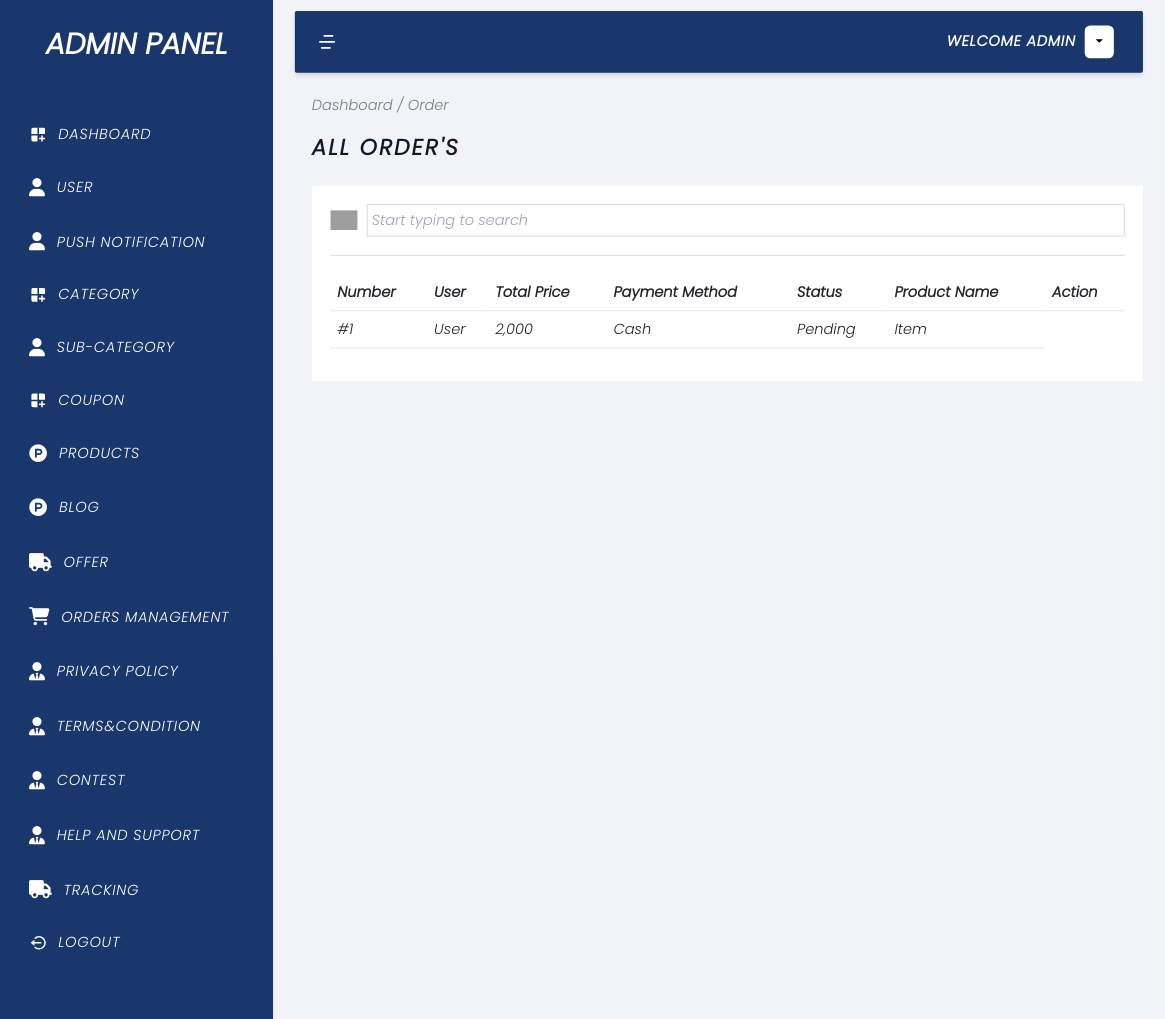
Repository: arpanmalik/project-khanna
Page: /Orders
The author's editor kept a copy of each file at every save. The page is drawn from the files as they stood at one save, then again after the next save.
The browser window is 1280 px wide. The pictures show the whole page, at 91% of full size.
Pictures or frames that could not be fetched are drawn as grey boxes. The page's requests for data from a server got no answer. Some web libraries are served in a nearby version. The project was rebuilt for these pictures with package versions that can differ from the ones it lists, and the page was loaded fresh each time. No one was signed in, and anything a server would have sent is missing. Also part of the build but not shown: src/E-CommerceAdmin/forms/Login.jsx, src/E-CommerceAdmin/pages/Dashboard.jsx, src/E-CommerceAdmin/pages/ECategory.js, src/E-CommerceAdmin/pages/EProduct.js, src/E-CommerceAdmin/pages/EVendorList.js, src/E-CommerceAdmin/pages/EAdminProduct.js, src/E-CommerceAdmin/pages/EAdminDelivery.js, src/E-CommerceAdmin/pages/EAdminCustomer.js and 11 more. Imported but missing from the stored project, and not drawn on this page: src/E-CommerceVendor/forms/EVendorLogin, src/E-CommerceVendor/pages/EVCategory, src/E-CommerceVendor/pages/EVCoupon, src/E-CommerceVendor/pages/EVDashboard, src/E-CommerceVendor/pages/EVOrders, src/E-CommerceVendor/pages/EVProduct, src/E-CommerceVendor/pages/EVSubCategory.

Above is the page before, as saved 2023-05-16 17:25:28.

### public/index.html
<!-- @format -->

<!DOCTYPE html>
<html lang="en">
  <head>
    <meta charset="utf-8" />
    <meta name="viewport" content="width=device-width, initial-scale=1" />
    <meta name="theme-color" content="#000000" />
    <meta
      name="description"
      content="Web site created using create-react-app"
    />
    <link rel="manifest" href="%PUBLIC_URL%/manifest.json" />
    <link rel="preconnect" href="https://fonts.googleapis.com">
<link rel="preconnect" href="https://fonts.gstatic.com" crossorigin>
<link href="https://fonts.googleapis.com/css2?family=Roboto+Mono:ital,wght@1,300&display=swap" rel="stylesheet">
    <title>Admin Panel</title>
  </head>
  <body>
    <noscript>You need to enable JavaScript to run this app.</noscript>
    <div id="root"></div>
    <script src="https://code.jquery.com/jquery-3.6.0.min.js"></script>
    <script src="https://kit.fontawesome.com/b533b351e4.js" crossorigin="anonymous"></script>
  </body>
</html>

### src/index.css
/** @format */

@tailwind base;
@tailwind components;
@tailwind utilities;

@import url("https://fonts.googleapis.com/css2?family=Roboto+Mono:ital,wght@1,300&display=swap");
@font-face {
  font-family: Roboto;
  src: url("./Fonts/Poppins-LightItalic.ttf");
}

body {
  margin: 0;
  font-family: Roboto !important;
  -webkit-font-smoothing: antialiased;
  -moz-osx-font-smoothing: grayscale;
}

code {
  font-family: Roboto !important;
}

html {
  font-family: Roboto !important;
}

::-webkit-scrollbar {
  width: 10px;
}
.fa-trash {
  color: red;
  cursor: pointer;
}

.iCOn {
  transition: 0.5s;
  box-shadow: none;
  transform: scale(1);
}
.cardDiv {
  cursor: pointer;
}

.cardDiv:hover .iCOn {
  box-shadow: rgba(0, 0, 0, 0.35) 0px 5px 15px;
  transform: scale(1.3);
}

/* Track */
::-webkit-scrollbar-track {
  background: #f1f1f1;
}

/* Handle */
::-webkit-scrollbar-thumb {
  background: #888;
}

/* Handle on hover */
::-webkit-scrollbar-thumb:hover {
  background: #555;
}
.profileImage {
  width: 100px;
}
.fa-eye {
  color: #029aff;
  cursor: pointer;
}
.fa-edit {
  cursor: pointer;
  color: blue;
}

.View {
  border: 1px solid black;
  width: 100%;
  padding: 10px;
}

.main-card--container {
  display: grid;
  grid-template-columns: repeat(3, minmax(300px, 500px));
  grid-gap: 50px;
  justify-content: space-around;
}
.card-container {
  margin: 25px 0 auto;
  box-shadow: rgba(0, 0, 0, 0.35) 0px 5px 15px;
  position: relative;
  display: grid;
  grid-template-columns: 1fr;
  justify-content: space-around;
  align-items: flex-start;
}

.myEdit:focus {
  box-shadow: rgba(0, 0, 0, 0.35) 0px 5px 15px;
}

.AstroLogin {
  color: #fff;
  background-color: #2b7a8e;
  padding: 10px;
  width: 380px;
  text-align: center;
  font-size: 20px;
  background: linear-gradient(to left, #2b7a8e 50%, #fff 50%) right;
  background-size: 200%;
  transition: 0.5s ease-out;
  border: 1px solid #2b7a8e;
  margin-top: 10px;
  text-transform: uppercase;
}
.AstroLogin:hover {
  background-position: left;
  color: #2b7a8e;
}

.EcommerceAdminLogin {
  color: #fff;
  background-color: #19376d;
  padding: 10px;
  width: 380px;
  text-align: center;
  font-size: 20px;
  background: linear-gradient(to left, #19376d 50%, #fff 50%) right;
  background-size: 200%;
  transition: 0.5s ease-out;
  border: 1px solid #19376d;
  margin-top: 10px;
  text-transform: uppercase;
}

.EcommerceAdminLogin:hover {
  background-position: left;
  color: #19376d;
}
.EcommerceVendorLogin {
  color: #fff;
  background-color: #576cbc;
  padding: 10px;
  width: 380px;
  text-align: center;
  font-size: 20px;
  background: linear-gradient(to left, #576cbc 50%, #fff 50%) right;
  background-size: 200%;
  transition: 0.5s ease-out;
  border: 1px solid #576cbc;
  margin-top: 10px;
  text-transform: uppercase;
}

.EcommerceVendorLogin:hover {
  background-position: left;
  color: #576cbc;
}

.view {
  background-color: #2196f3;
  color: #fff;
  width: 50%;
  padding: 5px;
}

.two-sec {
  display: flex;
  justify-content: space-evenly;
  justify-content: space-evenly;
}
.two-sec .left {
  width: 60%;
  background-color: #f6f1ef;
  padding: 20px;
}
.two-sec .left .head {
  font-size: 25px;
  font-weight: bold;
}

.two-sec .right {
  width: 30%;
  background-color: #f6f1ef;
}

.searchDiv {
  width: 100%;
  display: flex;
  gap: 10px;
  border: 1px solid rgb(179, 179, 179);
  padding: 10px;
  margin-bottom: 20px;
  align-items: center;
}
.searchDiv input {
  width: 94%;
  outline: none;
  border: none;
}

.flexCont {
  display: flex;
  align-items: center;
  gap: 10px;
}
.flexCont img {
  width: 60px;
  background-color: #e9ecef;
}

.blockContent {
  display: block;
}
.blockContent p {
  margin: 0;
}

.checkBox {
  width: 50px;
  height: 25px;
  background-color: #e9ecef;
  border-radius: 50px;
  position: relative;
  cursor: pointer;
}
.checkBox span {
  width: 20px;
  height: 20px;
  border-radius: 100%;
  background-color: #fff;
  position: absolute;
  left: 5px;
  top: 2px;
}
.ActivecheckBox {
  width: 50px;
  height: 25px;
  background-color: #0d6efd;
  border-radius: 50px;
  position: relative;
  cursor: pointer;
}
.ActivecheckBox span {
  width: 20px;
  height: 20px;
  border-radius: 100%;
  background-color: #fff;
  position: absolute;
  right: 5px;
  top: 2px;
}

.fa-eye {
  color: #0cba73;
  background-color: #d6f8e8;
  width: 40px;
  text-align: center;
  height: 40px;
  display: flex;
  border-radius: 100%;
  justify-content: center;
  padding-top: 10px;
  transition: 0.5s;
}

.fa-pen-to-square {
  color: #f4c39c;
  background-color: #ffebdb;
  width: 40px;
  text-align: center;
  height: 40px;
  display: flex;
  border-radius: 100%;
  justify-content: center;
  padding-top: 10px;
  cursor: pointer;
  transition: 0.5s;
}
.fa-trash {
  color: #df939f;
  background-color: #ffe1e8;
  width: 40px;
  text-align: center;
  height: 40px;
  display: flex;
  border-radius: 100%;
  justify-content: center;
  padding-top: 10px;
  cursor: pointer;
  transition: 0.5s;
}
.fa-trash:hover {
  transform: scale(1.2);
}
.fa-eye:hover {
  transform: scale(1.2);
}
.fa-pen-to-square:hover {
  transform: scale(1.2);
}
.required {
  color: #e74260;
}

.headP {
  margin-left: 2%;
  color: #7b7c7d;
}
.filterBox {
  display: flex;
  align-items: center;
  gap: 10px;
  border-bottom: 1px solid #d4d7dc;
  padding-bottom: 20px;
  margin-bottom: 20px;
}
.filterBox img {
  width: 30px;
}
.filterBox input {
  width: 100%;
  border: 1px solid #d4d7dc;
  outline: none;
  padding: 5px;
  color: black;
}
.sectionCont {
  width: 98%;
  background-color: #fff;
  margin-left: 2%;
  padding: 20px;
}

.overFlowCont {
  width: 100%;
  overflow-x: auto;
}

.logo {
  width: 300px;
  margin-bottom: 20px;
}

.updateProfile {
  margin-left: 20px;
  border: 1px solid #fff;
  border-radius: 100%;
  font-size: 1.2rem;
  padding: 10px;
  transition: 0.5s;
  cursor: pointer;
}
.updateProfile:hover {
  border: 1px solid #19376d;
  color: #19376d;
  background-color: #fff;
}

.Normalbtn {
  background-color: #19376d !important;
  border: 1px solid #19376d !important;
  border-radius: 0px !important;
}

.ImageCarousel {
  width: 150px !important;
  margin: 0px !important;
  height: 150px !important;
}
.CarouselImages {
  width: 150px !important;
  height: 150px !important;
}
.CarouselImages img {
  width: 100% !important;
  height: 100% !important;
}

.ModalCarousel {
  width: 100% !important;
  height: 500px !important;
}
.ModalCarousel {
  width: 100% !important;
  height: 500px !important;
}
.ModalCarousel img {
  width: 100% !important;
  height: 500px !important;
}

.gridCont {
  display: grid;
  grid-template-columns: auto auto auto;
  justify-content: space-evenly;
}
.gridCont div {
  width: 400px;
  /* height: 300px; */
  box-shadow: rgba(0, 0, 0, 0.35) 0px 5px 15px;
  padding: 10px;
  position: relative;
  margin-top: 20px;
}
.gridCont div img {
  width: 100%;
}
.delete-Btn {
  width: 100%;
  color: #c44b3f;
  border: 1px solid #c44b3f;
  transition: 0.5s;
  padding: 10px;
}

.delete-Btn:hover {
  background-color: #c44b3f;
  color: #fff;
}

.BannerCarousel {
  width: 300px;
  margin: 0px !important;
}
.BannerCarouselImage {
  width: 300px;
}
.BannerCarouselImage img {
  width: 100%;
}

.pagination {
  display: flex;
  justify-content: center;
  align-items: center;
  gap: 10px;
  margin-bottom: 20px;
}
.pagination button {
  border: 1px solid black;
  padding: 10px;
}

.activePage {
  background-color: #19376d;
  color: #fff;
  border: 1px solid #19376d !important;
}

.active {
  background-color: #fff;
  color: #19376d !important;
}
.prevBtn {
  background-color: #fff;
  color: #19376d;
  border: 1px solid #19376d !important;
  transition: 0.5s;
}

.prevBtn:hover,
.prevBtn:focus,
.prevBtn:active {
  background-color: #19376d;
  color: #fff;
  border: 1px solid #19376d !important;
}
.nextBtn {
  background-color: #fff;
  color: #19376d;
  border: 1px solid #19376d !important;
  transition: 0.5s;
}

.nextBtn:hover,
.nextBtn:focus,
.nextBtn:active {
  background-color: #19376d;
  color: #fff;
  border: 1px solid #19376d !important;
}

.dangerBox {
  position: relative;
}
.dangerBox i {
  position: absolute;
  top: 50%;
  left: 90%;
  transform: translate(-50%, -50%);
  cursor: pointer;
}



#dropdown-basic{
  background-color: white;
  color: #000;
  border: none;
}

### src/E-CommerceAdmin/pages/EAdminOrders.js
/** @format */

import axios from "axios";
import React, { useEffect, useState } from "react";
import { Alert, Badge, Button, Form, Modal, Table } from "react-bootstrap";
import HOC from "../layout/HOC";

const EAdminOrders = () => {
  const [modalShow, setModalShow] = useState(false);
  const [data, setData] = useState([]);

    // Pagination and Filter
    const [query, setQuery] = useState("");
    const [currentPage2, setCurrentPage2] = useState(1);
    const [postPerPage2] = useState(10);
    const lastPostIndex2 = currentPage2 * postPerPage2;
    const firstPostIndex2 = lastPostIndex2 - postPerPage2;

    let pages2 = [];

    const TotolData = query
      ? data?.filter(
          (i) =>
            i?.user?.toLowerCase().includes(query?.toLowerCase())
        )
      : data;

    useEffect(() => {
      if (query) {
        setCurrentPage2(1);
      }
    }, [query]);

    const slicedData = TotolData?.slice(firstPostIndex2, lastPostIndex2);

    for (let i = 1; i <= Math.ceil(TotolData?.length / postPerPage2); i++) {
      pages2.push(i);
    }

    function Next() {
      setCurrentPage2(currentPage2 + 1);
    }

    function Prev() {
      if (currentPage2 !== 1) {
        setCurrentPage2(currentPage2 - 1);
      }
    }

  const fetchData = async () => {
    try {
      const { data } = await axios.get(
        "http://ec2-65-1-248-95.ap-south-1.compute.amazonaws.com:8886/api/order"
      );
      setData(data.orders);
    } catch (e) {
      console.log("Order Err=>", e);
    }
  };

  useEffect(() => {
    fetchData();
  }, []);

  function EditStatus(props) {
    return (
      <Modal
        {...props}
        size="lg"
        aria-labelledby="contained-modal-title-vcenter"
        centered
      >
        <Modal.Header closeButton>
          <Modal.Title id="contained-modal-title-vcenter">
            Edit Status
          </Modal.Title>
        </Modal.Header>
        <Modal.Body>
          <Form>
            <Form.Select aria-label="Default select example" className="mb-3">
              <option>--Edit Status--</option>
              <option value="1">Shipped</option>
              <option value="2">Pending</option>
              <option value="3">Canceled</option>
            </Form.Select>
            <Button variant="outline-success">Submit</Button>
          </Form>
        </Modal.Body>
      </Modal>
    );
  }

  return (
    <>
      <EditStatus show={modalShow} onHide={() => setModalShow(false)} />
      <section>
        <p className="headP">Dashboard / Order</p>

        <div
          className="pb-4 sticky top-0  w-full flex justify-between items-center"
          style={{ width: "98%", marginLeft: "2%" }}
        >
          <span
            className="tracking-widest text-slate-900 font-semibold uppercase"
            style={{ fontSize: "1.5rem" }}
          >
            All Order's
          </span>
        </div>
        <section className="sectionCont">

          <div className="filterBox">
            <img
              src="https://t4.ftcdn.net/jpg/01/41/97/61/360_F_141976137_kQrdYIvfn3e0RT1EWbZOmQciOKLMgCwG.jpg"
              alt=""
            />
            <input type="search" placeholder="Start typing to search"    />
          </div>
          <div className="overFlowCont">
            <Table>
              <thead>
                <tr>
                  <th>Number</th>
                  <th>User</th>
                  <th>Total Price</th>
                  <th>Payment Method</th>
                  <th>Status</th>
                  <th>Product Name</th>
                  <th>Action</th>
                </tr>
              </thead>
              <tbody>
                <tr>
                  <td>#1</td>
                  <td>User</td>
                  <td>2,000</td>
                  <td>Cash</td>
                  <td>Pending</td>
                  <td>Item</td>
                </tr>
              </tbody>
            </Table>
          </div>



        </section>
      </section>
    </>
  );
};

export default HOC(EAdminOrders);

### src/E-CommerceAdmin/layout/HOC.jsx
/** @format */

import React, { useState } from "react";
import Navbar from "./Navbar";
import Sidebar from "./Sidebar";

const HOC = (Wcomponenet) => {
  return function Component() {
    const [hamb, setHamb] = useState(false);
    return (
      <>
        <section
          className="flex overflow-x-hidden relative "
          style={{ backgroundColor: "#f2f3f8" }}
        >
          {/* Sidebar */}
          <div
            className={
              hamb
                ? " absolute top-0 z-30 md:w-auto shadow-md bg-slate-200  w-60 transition-all md:-left-full left duration-150  h-auto overflow-y-auto  left-0 "
                : " md:w-72 z-30 bg-slate-200  shadow-md  md:static absolute top-0 -left-full   transition-all duration-150  overflow-y-auto h-auto"
            }
            style={{ minWidth: "300px" }}
          >
            <Sidebar hamb={hamb} setHamb={setHamb} />
          </div>
          {/* Components & Navbar */}
          <div
            className={
              hamb
                ? " transition-all px-4 py-2  duration-150 w-full h-screen"
                : " w-full h-screen  px-4 py-2   z-50 transition-all duration-150 "
            }
            style={{ backgroundColor: "#f2f3f8" }}
          >
            <Navbar hamb={hamb} setHamb={setHamb} />
            <div className="my-6 text-#000 h-[87%] wcomp overflow-y-auto">
              {" "}
              <Wcomponenet />
            </div>
          </div>
        </section>
      </>
    );
  };
};

export default HOC;

### src/E-CommerceAdmin/layout/Navbar.jsx
/** @format */
import { RiMenu4Line } from "react-icons/ri";
import Dropdown from "react-bootstrap/Dropdown";
import { UpdateProfile } from "../../Modals";
import { useState } from "react";
import { useNavigate } from "react-router-dom";
import { toast } from "react-toastify";

const Navbar = ({ hamb, setHamb }) => {
  const [modalShow, setModalShow] = useState(false);
  const navigate = useNavigate();

  function LogOut () {
    navigate('/')
    toast.success("Logged Out")
  }

  return (
    <>
      <UpdateProfile show={modalShow} onHide={() => setModalShow(false)} />
      <div
        className={
          hamb
            ? "flex  w-full justify-between  my-1 rounded-sm  p-4 py-3 shadow-md items-center  bg-slate-200 space-x-4"
            : "flex  w-full justify-between my-1 rounded-sm  p-4 py-3 shadow-md items-center  bg-slate-200 space-x-4"
        }
        style={{ backgroundColor: "#19376d" }}
      >
        <RiMenu4Line
          onClick={() => setHamb(!hamb)}
          className="text-2xl font-bold text-gray-900 hover:scale-90 cursor-pointer"
          style={{ color: "#fff" }}
        />

        <section className="flex sm:ml-auto justify-end sm:w-full items-center space-x-2  pr-2">
          <figcaption
            className="tracking-wider pl-1 font-semibold d-flex"
            style={{ gap: "10px", alignItems: "center" }}
          >
            <div
              className="lg:text-base text-sm text-gray-900  uppercase"
              style={{ color: "#fff" }}
            >
              Welcome Admin
            </div>
            <Dropdown>
              <Dropdown.Toggle id="dropdown-basic"></Dropdown.Toggle>

              <Dropdown.Menu>
                <Dropdown.Item onClick={() => setModalShow(true)}>
                  Update Profile <i className="fa-solid fa-user"></i>{" "}
                </Dropdown.Item>
                <Dropdown.Item onClick={() => LogOut()} >
                  Logout <i className="fa-solid fa-right-from-bracket"></i>{" "}
                </Dropdown.Item>
              </Dropdown.Menu>
            </Dropdown>
          </figcaption>
        </section>
      </div>
    </>
  );
};

export default Navbar;

### src/E-CommerceAdmin/layout/Sidebar.jsx
/** @format */

import React from "react";
import { RiCloseLine } from "react-icons/ri";
import { Link, useNavigate } from "react-router-dom";
import { BiLogOutCircle } from "react-icons/bi";
import { MdDashboardCustomize } from "react-icons/md";

const Sidebar = ({ hamb, setHamb }) => {
  const navigate = useNavigate();

  const nav = [
    {
      icon: <MdDashboardCustomize className="text-xl mr-3 rounded-full " />,
      link: "/dashboard ",
      name: "Dashboard",
    },
    {
      icon: <i className="fa-solid fa-user text-xl mr-3 rounded-full"></i>,
      link: "/Admin",
      name: "User",
    },
    {
      icon: <i className="fa-solid fa-user text-xl mr-3 rounded-full"></i>,
      link: "/pushNotification",
      name: "Push Notification",
    },  {
      icon: <MdDashboardCustomize className="text-xl mr-3 rounded-full " />,
      link: "/Category",
      name: "Category",
    },

    {
      icon: <i className="fa-solid fa-user text-xl mr-3 rounded-full"></i>,
      link: "/sub-category",
      name: "Sub-Category",
    },

    {
      icon: <MdDashboardCustomize className="text-xl mr-3 rounded-full " />,
      link: "/coupon",
      name: "Coupon",
    },
    {
      icon: (
        <i className="fa-brands fa-product-hunt text-xl mr-3 rounded-full"></i>
      ),
      link: "/Product",
      name: "Products",
    },
    {
      icon: (
        <i className="fa-brands fa-product-hunt text-xl mr-3 rounded-full"></i>
      ),
      link: "/banner",
      name: "Blog",
    },



    // {
    //   icon: <MdDashboardCustomize className="text-xl mr-3 rounded-full " />,
    //   link: "/getMeThis",
    //   name: "Get Me This",
    // },
    {
      icon: <i className="fa-solid fa-truck  text-xl mr-3 rounded-full"></i>,
      link: "/Support",
      name: "Offer",
    },

    {
      icon: (
        <i className="fa-solid fa-cart-shopping text-xl mr-3 rounded-full"></i>
      ),
      link: "/Orders",
      name: "Orders Management",
    },

    {
      icon: <i className="fa-solid fa-user-tie text-xl mr-3 rounded-full"></i>,
      link: "/privacy",
      name: "Privacy Policy",
    },
    {
      icon: <i className="fa-solid fa-user-tie text-xl mr-3 rounded-full"></i>,
      link: "/terms",
      name: "Terms&Condition",
    },
    {
      icon: <i className="fa-solid fa-user-tie text-xl mr-3 rounded-full"></i>,
      link: "/helpSupport",
      name: "Contest",
    },
    {
      icon: <i className="fa-solid fa-user-tie text-xl mr-3 rounded-full"></i>,
      link: "/complaints",
      name: "Help and Support",
    },
  ];

  const logOut = () => {
    localStorage.clear()
    navigate("/");
  };

  return (
    <>
      <aside
        className="p-4 h-auto"
        style={{ backgroundColor: "#19376d", minHeight: "100vh" }}
      >
        {/* Top */}
        <div className="w-full md:hidden relative  p-2 mb-4">
          <RiCloseLine
            onClick={() => setHamb(!hamb)}
            className="text-3xl  absolute top-2 sm:hover:rotate-[228deg] transition-transform font-bold right-2 sm:hover:text-[22px] text-[rgb(241,146,46)] cursor-pointer"
          />
        </div>{" "}
        <figure className="flex  flex-col items-center">
          <span
            className="font-bold text-[#fff]"
            style={{
              fontSize: "2rem",
              textAlign: "center",
              textTransform: "uppercase",
            }}
          >
            {" "}
            ADMIN PANEL
          </span>
        </figure>
        <nav className="py-6">
          {nav.map((nav) => {
            return (
              <Link
                to={nav.link}
                key={nav.name}
                className=""
                style={{ textDecoration: "none", textTransform: "uppercase" }}
              >
                <span
                  className="flex my-3 items-center cursor-pointer text-gray-900    tracking-wider p-2 rounded-sm"
                  style={{ color: "#FFF" }}
                >
                  {nav.icon} {nav.name}
                </span>
              </Link>
            );
          })}
          <span
            className="flex my-3 items-center cursor-pointer text-gray-900    tracking-wider p-2 rounded-sm"
            style={{ color: "#FFF", textTransform: "uppercase" }}
          >
           <i className="fa-solid fa-truck  text-xl mr-3 rounded-full"></i> Tracking
          </span>
          <span
            className="flex my-3 items-center cursor-pointer text-gray-900    tracking-wider p-2 rounded-sm"
            onClick={() => logOut()}
            style={{ color: "#FFF", textTransform: "uppercase" }}
          >
            <BiLogOutCircle className="text-xl mr-3 rounded-full " /> LogOut
          </span>

        </nav>
      </aside>
    </>
  );
};

export default Sidebar;

Loaded but not shown: tailwind.config.js (common file); src/App.js (91 lines, source omitted); src/Modals.js (41 lines, source omitted); src/index.js (15 lines, source omitted)

After the next save:
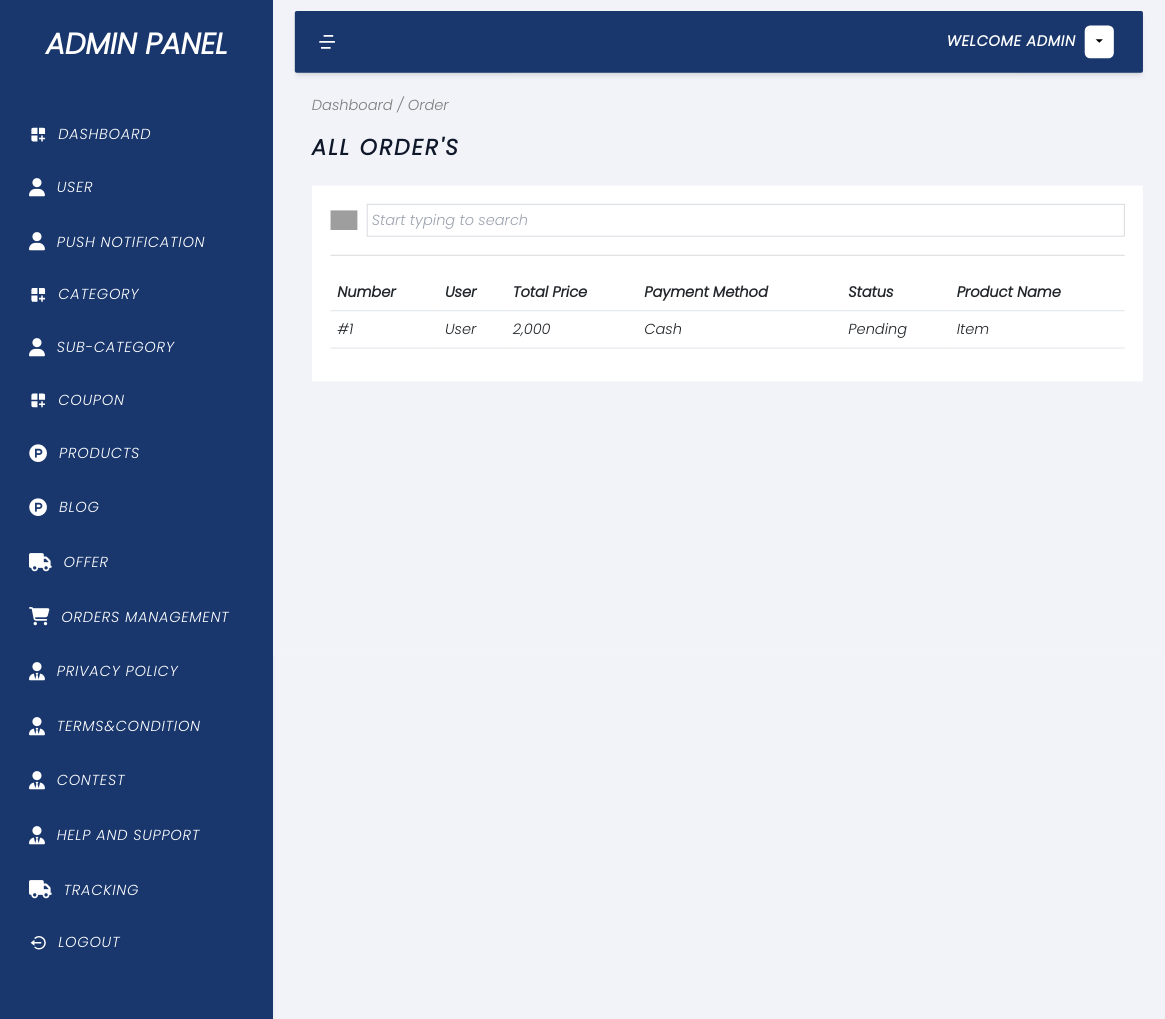
Saved 7 s later.
--- a/src/E-CommerceAdmin/pages/EAdminOrders.js
+++ b/src/E-CommerceAdmin/pages/EAdminOrders.js
@@ -126,7 +126,6 @@ const EAdminOrders = () => {
                   <th>Payment Method</th>
                   <th>Status</th>
                   <th>Product Name</th>
-                  <th>Action</th>
                 </tr>
               </thead>
               <tbody>
